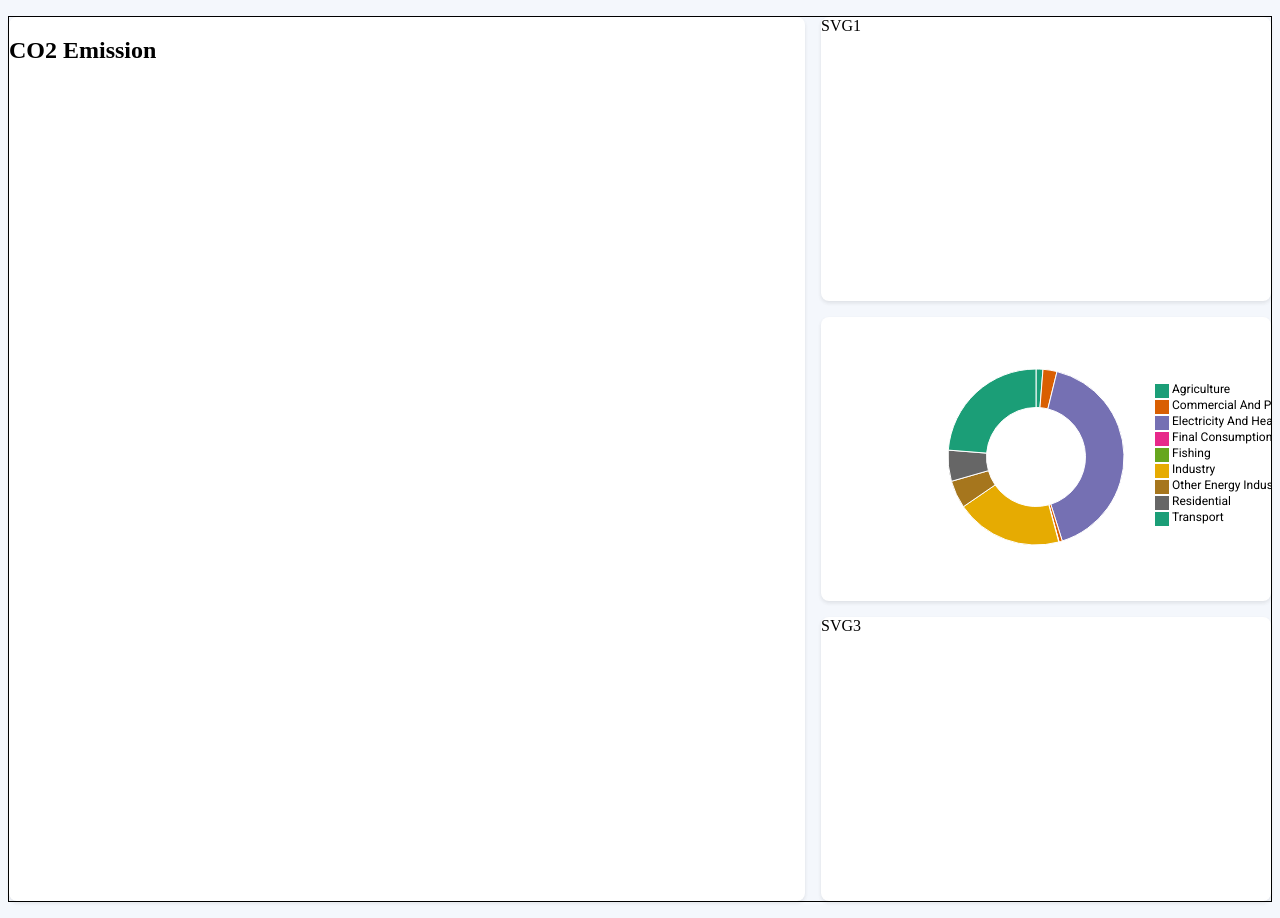
Repository: losmarco/CO2-Emission-Data-Dashboard
Page: index.html
These files come from the project's save history. The page is drawn as it stood at one moment and after the next save; the edit follows.
The browser window is 1280 px wide. The pictures show the whole page.
The style sheet was rebuilt from its Sass, Less or Tailwind sources for each picture, by a compiler version that may differ from the author's.

Above is the page before, as saved 2020-03-29 17:48:21.

### index.html
<!DOCTYPE html>
<html lang="en">
<head>
    <meta charset="UTF-8">
    <meta name="viewport" content="width=device-width, initial-scale=1.0">
    <meta http-equiv="X-UA-Compatible" content="ie=edge">
    <title>CO2 Emission Data Chart</title>

    <link rel="stylesheet" href="style.css">
    <script src="https://d3js.org/d3.v5.min.js"></script>
</head>
<body>
    <div class="container">
        <div class="card main_graph">
            <h2>CO2 Emission</h2>
        </div>


        <div class="card graph1">SVG1</div>
        <div class="card graph2">
            <div id="donut"></div>
        </div>
        <div class="card graph3">SVG3</div>
    </div>
</body>
    <script src="javascript/master.js"></script>
    <script src="javascript/chart.js"></script>
</html>

### javascript/master.js
//Parsing CSV file

### javascript/chart.js
//This document is for d3 related script ( ͡° ͜ʖ ͡°)

//Donut Chart
// set the dimensions and margins of the graph
var width = 450
    height = 280
    margin = 30
// The radius of the pieplot is half the width or half the height (smallest one). I subtract a bit of margin.
var radius = Math.min(width, height) / 2 - margin

//append the svg object to the div called 'donut'
var svg = d3.select("#donut")
            .append("svg")
            .attr("width", width)
            .attr("height", height)
            .append("g")
            .attr("transform", "translate(" + ((width / 2) - 10) + "," + height / 2 + ")");




//Color
var color = d3.scaleOrdinal()
.domain(["Agriculture",
        "Commercial And Public Services",
        "Electricity And Heat Producers",
        "Final Consumption Not Else where Specified",
        "Fishing",
        "Industry",
        "Other Energy Industries",
        "Residential",
        "Transport"])
.range(d3.schemeDark2);

d3.csv("data/world-sector.csv")
  .then(function(csvdata){

    var latestData = csvdata[csvdata.length - 1];

    var agri = parseInt(latestData.agriculture),
        cap = parseInt(latestData.commercialAndPublicServices),
        eahp = parseInt(latestData.electricityAndHeatProducers),
        fcnes = parseInt(latestData.finalConsumptionNotElsewhereSpecified),
        fishing = parseInt(latestData.fishing),
        industry = parseInt(latestData.industry),
        oei = parseInt(latestData.otherEnergyIndustries),
        residential = parseInt(latestData.residential),
        transport = parseInt(latestData.transport);

  const total = (agri + cap + eahp + fcnes + fishing + industry + oei + residential + transport);

  const percent = 100;

  var agri = ((agri/total) * percent).toFixed(2),
      cap = ((cap/total) * percent).toFixed(2),
      eahp = ((eahp/total) * percent).toFixed(2),
      fcnes = ((fcnes/total) * percent).toFixed(2),
      fishing = ((fishing/total) * percent).toFixed(2),
      industry = ((industry/total) * percent).toFixed(2),
      oei = ((oei/total) * percent).toFixed(2),
      residential = ((residential/total) * percent).toFixed(2),
      transport = ((transport/total) * percent).toFixed(2);


  //Final Data
  var data = {"Agriculture": agri,
              "Commercial And Public Services": cap,
              "Electricity And Heat Producers": eahp,
              "Final Consumption":fcnes ,
              "Fishing": fishing,
              "Industry":industry,
              "Other Energy Industries": oei,
              "Residential":residential,
              "Transport":transport
            }

  // Compute the position of each group on the pie:
  var pie = d3.pie()
    .sort(null) // Do not sort group by size
    .value(function(d) {return d.value; })
  var data_ready = pie(d3.entries(data))

  // The arc generator + hole size
  var arc = d3.arc()
    .innerRadius(radius * 0.45)
    .outerRadius(radius * 0.8)

  // Build the pie chart: Basically, each part of the pie is a path that we build using the arc function.
  svg.selectAll('allSlices')
      .data(data_ready)
      .enter()
      .append('path')
      .attr('d', arc)
      .attr('fill', function(d){ return(color(d.data.key)) })
      .attr("stroke", "white")
      .style("stroke-width", "1px")
      .style("opacity", 1)


})//closing tag for d3.csv

//Legend
var legendRectSize = 12;
var legendSpacing = 4;

var legend = svg.selectAll('.legend')
                .data(color.domain())
                .enter()
                .append('g')
                .attr('class', 'legend')
                .attr('transform', function(d, i) {
                  var height = legendRectSize + legendSpacing;
                  var offset =  height * color.domain().length / 2;
                  var horz = 10 * legendRectSize;
                  var vert = i * height - offset;
                  return 'translate(' + horz + ',' + vert + ')';
});


legend.append('rect')
  .attr('width', legendRectSize)
  .attr('height', legendRectSize)
  .style('fill', color)
  .style('stroke', color);

legend.append('text')
  .attr('x', legendRectSize + legendSpacing )
  .attr('y', legendRectSize - legendSpacing)
  .text(function(d) { return d; });


//End of Donut Chart


  // Add the polylines between chart and labels:
  // svg
  //   .selectAll('allPolylines')
  //   .data(data_ready)
  //   .enter()
  //   .append('polyline')
  //     .attr("stroke", "black")
  //     .style("fill", "none")
  //     .attr("stroke-width", 1)
  //     .attr('points', function(d) {
  //       var posA = arc.centroid(d) // line insertion in the slice
  //       var posB = outerArc.centroid(d) // line break: we use the other arc generator that has been built only for that
  //       var posC = outerArc.centroid(d); // Label position = almost the same as posB
  //       var midangle = d.startAngle + (d.endAngle - d.startAngle) / 2 // we need the angle to see if the X position will be at the extreme right or extreme left
  //       posC[0] = radius * 0.95 * (midangle < Math.PI ? 1 : -1); // multiply by 1 or -1 to put it on the right or on the left
  //       return [posA, posB, posC]
  //     })

  // Add the polylines between chart and labels:
  // svg
  //   .selectAll('allLabels')
  //   .data(data_ready)
  //   .enter()
  //   .append('text')
  //     .text( function(d) { console.log(d.data.key) ; return d.data.key } )
  //     .attr('transform', function(d) {
  //         var pos = outerArc.centroid(d);
  //         var midangle = d.startAngle + (d.endAngle - d.startAngle) / 2
  //         pos[0] = radius * 0.99 * (midangle < Math.PI ? 1 : -1);
  //         return 'translate(' + pos + ')';
  //     })
  //     .style('text-anchor', function(d) {
  //         var midangle = d.startAngle + (d.endAngle - d.startAngle) / 2
  //         return (midangle < Math.PI ? 'start' : 'end')
  //     })

### style.scss
//Google Font
@import url('https://fonts.googleapis.com/css2?family=Roboto:ital,wght@0,100;0,300;0,400;0,500;0,700;0,900;1,100;1,300;1,400;1,500;1,700;1,900&display=swap');

// Font
@mixin header{
    font-family: 'Roboto', sans-serif;
    font-weight: 700;
}
@mixin text{
    font-family: 'Roboto', sans-serif;
    font-weight: 500;
    font-size: 12px;
}

// Color
$backgroun-white:#f4f7fc;
$white: #ffffff;
$grey: #828f95;
$black: #252831;
$purple: #7b43a1;
$orange: #ff9824;
$pink: #f2317a;
$primary-green:#58cf6c;
$secondary-green: #43a19e;

//Card
@mixin card-background{
    background-color: $white;
    border-radius: 8px;
    box-shadow: 0 2px 4px rgba(0,0,0,0.04), 0 2px 4px rgba(0,0,0,0.06);
}

body{
    background: $backgroun-white;
}

.container{
    display:grid;
    grid-template-rows: repeat(3, 1fr);
    grid-template-columns:repeat(4, 1fr);
    grid-gap: 1em;
    border: 1px solid black;
    margin: 1em auto;
}

.main_graph{
    grid-row:1/4;
    grid-column: 1/4;
}

.graph1{
    grid-row:1/2;
    grid-column: 4/5;
}

.graph2{
    grid-row:2/3;
    grid-column: 4/5;
    width: 450px;
    //  g{
    // transform: translateX(-150px);
    // }
    .legend {
        font-family: 'Roboto', sans-serif;
        font-size: 12px;
        font-weight:400;
    }
    rect {
        stroke-width: 2;
    }


}

.graph3{
    grid-row:3/4;
    grid-column: 4/5;
}

.card{
    @include card-background;
}
svg{
    margin: 0 auto;

}

After the next save:
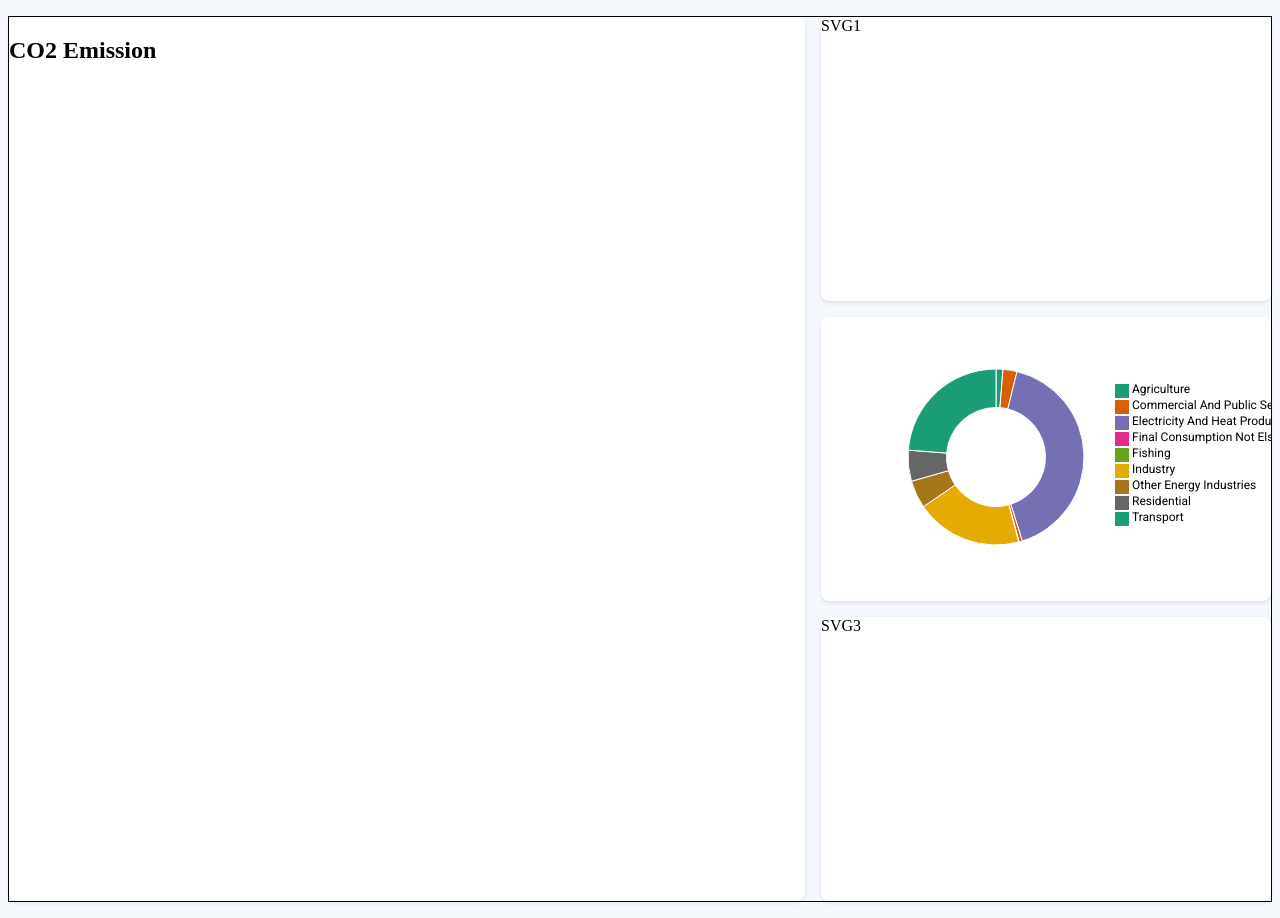
Saved 6 s later.
--- a/javascript/chart.js
+++ b/javascript/chart.js
@@ -14,7 +14,7 @@ var svg = d3.select("#donut")
             .attr("width", width)
             .attr("height", height)
             .append("g")
-            .attr("transform", "translate(" + ((width / 2) - 10) + "," + height / 2 + ")");
+            .attr("transform", "translate(" + ((width / 2) - 50) + "," + height / 2 + ")");
 
 
 
